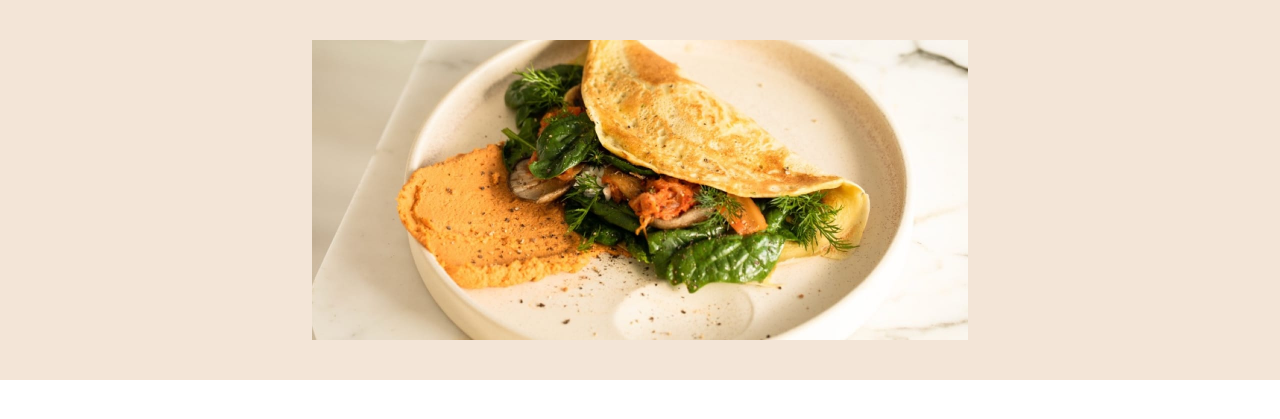
Repository: brandontaylor1/recipe-page
Page: index.html
An editor plug-in stored every save of this project. The page is shown before and after a run of saves, followed by the edit.
The browser window is 1280 px wide. The pictures show the whole page.

Above is the page before, as saved 2024-12-28 21:39:18.

### index.html
<!DOCTYPE html>
<html lang="en">
<head>
    <meta charset="UTF-8">
    <meta name="viewport" content="width=device-width, initial-scale=1.0">
    <link rel="stylesheet" href="styles.css">
    <title>Recipe Page</title>
</head>
<body>
    <main class="container">
        <div class="recipe-card">
            <img src="./assets/images/image-omelette.jpeg" alt="recipe-image">
            <h1></h1>
        </div>


    </main>



    <script src="index.js"></script>
</body>
</html>

### styles.css
*,
*::before,
*::after {
    box-sizing: border-box;
}

body,
h1,
h2,
h3,
h4,
h5,
h6,
p,
figure,
picture {
    margin: 0;
}

body {
    line-height: 1.5;
    min-height: 100vh;
}

img,
picture {
    max-width: 100%;
    display: block;
}

input,
button,
textarea,
select {
    font: inherit;
}

@media (prefers-reduced-motion: reduce) {
    *,
    *::before,
    *::after {
      animation-duration: 0.01ms !important;
      animation-iteration-count: 1 !important;
      transition-duration: 0.01ms !important;
      scroll-behavior: auto !important;
    }
  }

  /* UTILITY CLASSES */
  /* .flex{
    display: flex;
    gap: var(--gap, 1rem);
  }

  .grid {
    display: grid;
    gap: var(--gap, 1rem);
  }

  .container {
    padding: 0 2rem;
    margin: 0 auto;
    max-width: 80rem;
  }

  .sr-only {
    position: absolute;
    width: 1px;
    height: 1px;
    padding: 0;
    margin: -1px;
    overflow: hidden;
    clip: rect(0, 0, 0, 0);
    white-space: nowrap;
    border-width: 0;
  }

  .backgroundColor {
    background-color: var(--color-rose-50);
  } */




:root {
    /* COLORS */
    --color-rose-800: #7A284E;
    --color-rose-50: #FFF7FB;

    --color-stone-900: #312E2C;
    --color-stone-600: #5F564D;
    --color-stone-150: #E3DDD7;
    --color-stone-100: #F3E5D7;

    --color-brown-800: #854632;

    --color-white: #FFFFFF;
    --color-black: #000000;

    /* FONTS */
    @font-face {
        font-family: "YoungSerif-Regular", sans-serif;
        src: url(./fonts/YoungSerif-Regular.ttf) format('ttf');
    }

    @font-face {
        font-family: "Outfit-SemiBold", sans-serif;
        src: url(./fonts/Outfit-SemiBold.ttf) format('ttf');
    }

    @font-face {
        font-family: "Outfit-Bold", sans-serif;
        src: url(./fonts/Outfit-Bold.ttf) format('ttf');
    }

    @font-face {
        font-family: "Outfit-Regular", sans-serif;
        src: url(./fonts/Outfit-Regular.ttf) format('ttf');
    }

    /* FONT SIZES */
    --fs-h1: 9.375rem;
    --fs-h2: 1.75rem;
    --fs-h3: 1.25rem;
    --fs-p: 1rem;

}

.container {
    display: flex;
    flex-direction: column;
    align-items: center;
    justify-content: center;
    padding: 0 2rem;
    margin: 0 auto;
    max-width: 80rem;
    background-color: var(--color-stone-100);

}

.recipe-card {
    width: 736px;
    padding: 40px;


}

Loaded but not shown: index.js (common file)

After the next 2 saves:
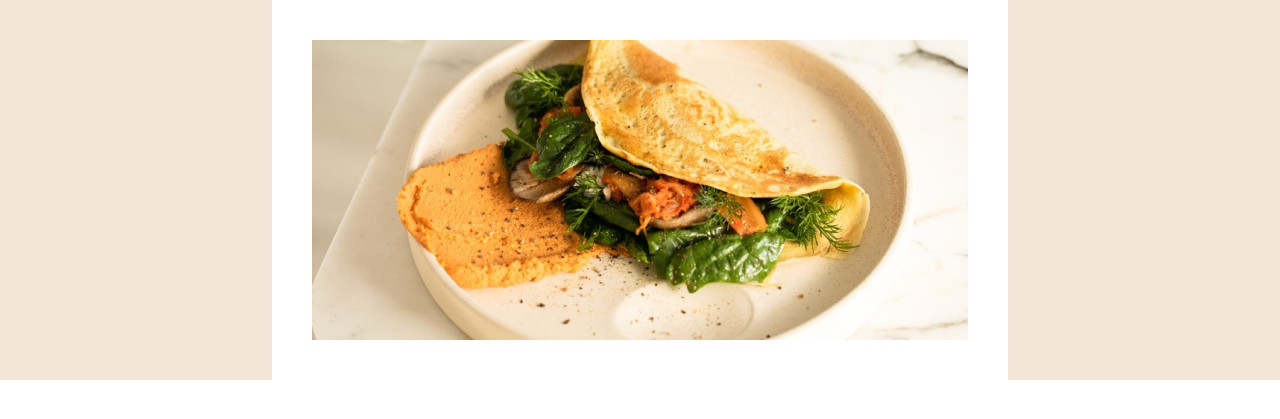
The 2 saves are shown as one change because they came seconds apart.
The last was saved 7 s later.
--- a/styles.css
+++ b/styles.css
@@ -141,6 +141,7 @@ select {
 .recipe-card {
     width: 736px;
     padding: 40px;
+    background-color: var(--color-white);
 
 
 }
